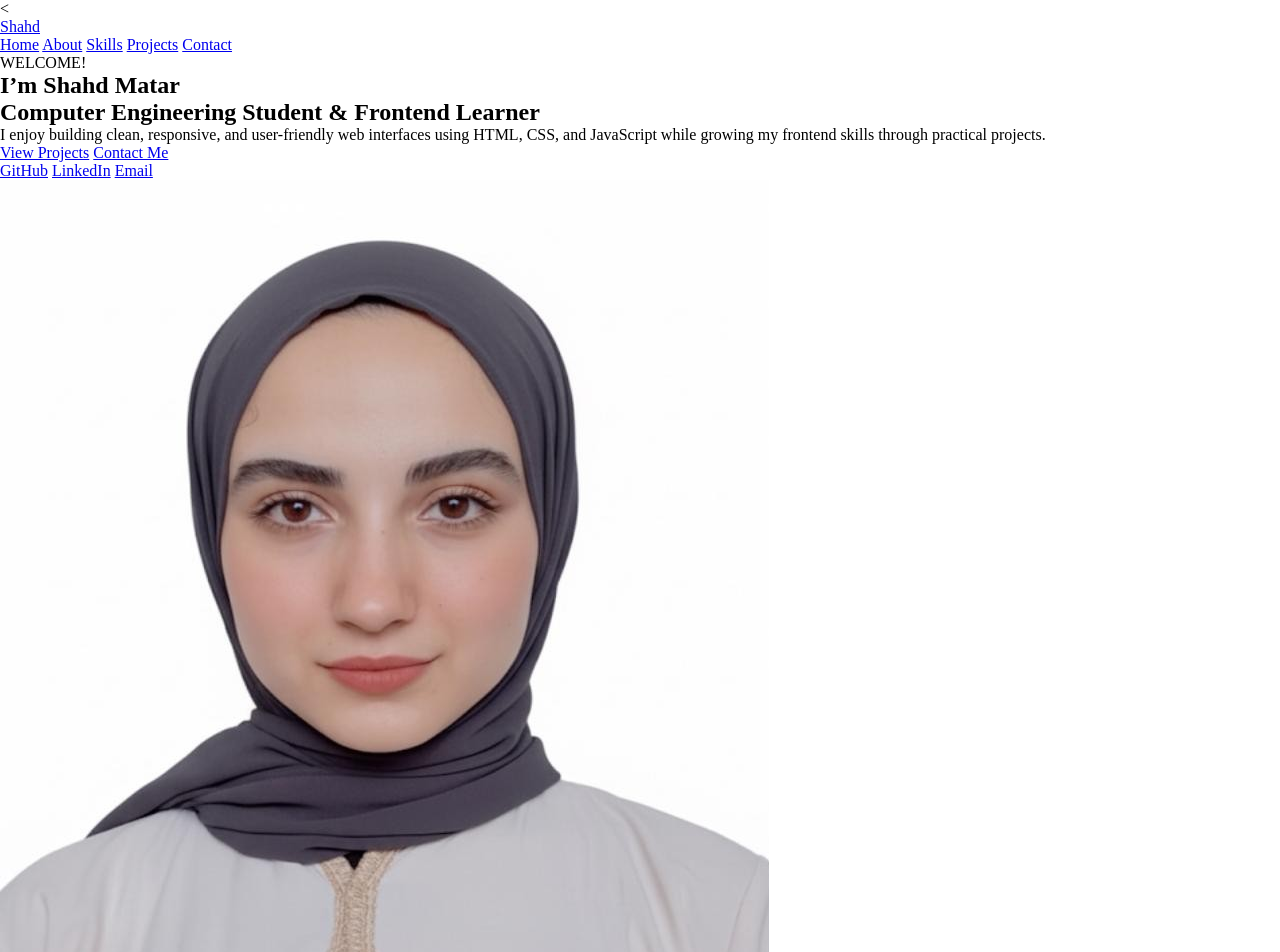
Repository: shahdmattar/personal-landing-page
Page: index.html
The author's editor kept a copy of each file at every save. The page is drawn from the files as they stood at one save, then again after a run of saves.
The browser window is 1280 px wide. The pictures show the part of the page from y = 0 to 952 px (the page is 2669 px tall before and 3320 px after).
A picture or video elsewhere on the page could not be fetched, so the positions and the page height are approximate.

Above is the page before, as saved 2026-04-14 22:21:42.

### index.html
<!doctype html>
<html lang="en">
  <head>
    <meta charset="UTF-8" />
    <meta name="viewport" content="width=device-width, initial-scale=1.0" />
    <title>Shahd Matar | Personal Landing Page</title>
    <meta
      name="description"
      content="Personal landing page of Shahd Matar, Computer Engineering student and frontend learner."
    />
    <
    <link rel="stylesheet" href="style.css"/>
    <!-- <link rel="stylesheet" href="test.css"> -->
  </head>

  <body>
    <header class="site-header">
      <div class="container nav-container">
        <a href="#" class="logo">Shahd</a>

        <nav aria-label="Primary navigation" class="navbar">
          <a href="#hero">Home</a>
          <a href="#about">About</a>
          <a href="#skills">Skills</a>
          <a href="#projects">Projects</a>
          <a href="#contact">Contact</a>
        </nav>
      </div>
    </header>

    <main>
      <section id="hero" class="hero">
        <div class="container hero-container">
          <div class="hero-text">
            <p class="welcome-text">WELCOME!</p>
            <h1>I’m Shahd Matar</h1>
            <h2>Computer Engineering Student & Frontend Learner</h2>
            <p class="hero-description">
              I enjoy building clean, responsive, and user-friendly web
              interfaces using HTML, CSS, and JavaScript while growing my
              frontend skills through practical projects.
            </p>

            <div class="hero-buttons">
              <a href="#projects" class="btn btn-primary">View Projects</a>
              <a href="#contact" class="btn btn-outline">Contact Me</a>
            </div>

            <div class="social-links">
              <a
                href="https://github.com/shahdmattar"
                target="_blank"
                rel="noopener noreferrer"
                >GitHub</a
              >
              <a
                href="https://www.linkedin.com/in/shahd-matar-957608368"
                target="_blank"
                rel="noopener noreferrer"
                >LinkedIn</a
              >
              <a href="mailto:shahdmatarr@gmail.com">Email</a>
            </div>
          </div>

          <div class="hero-image">
            <img src="profile.jpeg" alt="Portrait of Shahd Matar" />
          </div>
        </div>
      </section>

      <section id="about" class="about section-padding">
        <div class="container">
          <h2 class="section-title">About <span>Me</span></h2>

          <div class="about-content">
            <div class="about-info">
              <p>
                I am a fourth-year Computer Engineering student at the Islamic
                University of Gaza. My current focus is frontend development,
                where I practice building organized, responsive, and visually
                clean websites.
              </p>
              <p>
                My goal is to strengthen my practical experience through
                projects, improve my UI skills, and gradually expand into
                backend development in the future.
              </p>
            </div>

            <div class="about-details">
              <div class="detail-item">
                <span>Name:</span>
                <p>Shahd Matar</p>
              </div>

              <div class="detail-item">
                <span>Study:</span>
                <p>Computer Engineering</p>
              </div>

              <div class="detail-item">
                <span>Focus:</span>
                <p>Frontend Development</p>
              </div>

              <div class="detail-item">
                <span>Email:</span>
                <p>shahdmatarr@gmail.com</p>
              </div>
            </div>
          </div>
        </div>
      </section>

      <section id="skills" class="skills section-padding">
        <div class="container">
          <h2 class="section-title">My <span>Skills</span></h2>

          <div class="skills-grid">
            <article class="skill-card">
              <h3>Frontend</h3>
              <ul>
                <li>HTML semantic structure and forms</li>
                <li>CSS box model, Flexbox, Grid</li>
                <li>Responsive web design basics</li>
                <li>JavaScript fundamentals and DOM basics</li>
              </ul>
            </article>

            <article class="skill-card">
              <h3>Programming</h3>
              <ul>
                <li>Java OOP fundamentals</li>
                <li>Data Structures &amp; Algorithms</li>
                <li>Python introductory programming</li>
                <li>Problem-solving practice</li>
              </ul>
            </article>

            <article class="skill-card">
              <h3>Tools</h3>
              <ul>
                <li>Git &amp; GitHub</li>
                <li>VS Code</li>
                <li>Chrome DevTools</li>
                <li>Basic project organization</li>
              </ul>
            </article>
          </div>
        </div>
      </section>

      <section id="projects" class="projects section-padding">
        <div class="container">
          <h2 class="section-title">My <span>Projects</span></h2>

          <div class="projects-grid">
            <article class="project-card">
              <img
                src="personalpage.png"
                alt="Preview of personal landing page project"
                class="project-image"
              />
              <div class="project-content">
                <h3>Personal Landing Page</h3>
                <p>
                  A modern personal portfolio page built with semantic HTML and
                  CSS, including hero, about, skills, projects, and contact
                  sections.
                </p>
                <div class="project-links">
                  <a
                    href="https://github.com/shahdmattar/personal-landing-page"
                    target="_blank"
                    rel="noopener noreferrer"
                    class="btn btn-small btn-primary"
                    >GitHub Repo</a
                  >
                  <a
                    href="https://shahdmattar.github.io/personal-landing-page/"
                    target="_blank"
                    rel="noopener noreferrer"
                    class="btn btn-small btn-outline"
                    >Live Demo</a
                  >
                </div>
              </div>
            </article>

            <article class="project-card">
              <img
                src="project2.jpg"
                alt="Preview of ecommerce UI project"
                class="project-image"
              />
              <div class="project-content">
                <h3>Responsive E-commerce UI</h3>
                <p>
                  A frontend e-commerce interface concept with product cards,
                  modern layout, clean styling, and responsive behavior for
                  mobile and desktop screens.
                </p>
                <div class="project-links">
                  <a href="#" class="btn btn-small btn-primary">GitHub Repo</a>
                  <a href="#" class="btn btn-small btn-outline">Live Demo</a>
                </div>
              </div>
            </article>
          </div>
        </div>
      </section>

      <section id="contact" class="contact section-padding">
        <div class="container">
          <h2 class="section-title">Contact <span>Me</span></h2>

          <form action="#" method="post" class="contact-form">
            <div class="input-row">
              <input
                type="text"
                name="name"
                placeholder="Your Name"
                required
                minlength="2"
                autocomplete="name"
              />
              <input
                type="email"
                name="email"
                placeholder="Your Email"
                required
                autocomplete="email"
              />
            </div>

            <textarea
              name="message"
              rows="7"
              placeholder="Write your message..."
              required
              minlength="10"
            ></textarea>

            <button type="submit" class="btn btn-primary">Send Message</button>
          </form>

          <p class="contact-note">
            You can also contact me directly at
            <a href="mailto:shahdmatarr@gmail.com">shahdmatarr@gmail.com</a>
          </p>
        </div>
      </section>
    </main>

    <footer class="site-footer">
      <div class="container">
        <p>&copy; 2026 Shahd Matar.</p>
      </div>
    </footer>
  </body>
</html>

### style.css
@import url('https://fonts.googleapis.com/css2?family=Dancing+Script:wght@400..700&family=Poppins:ital,wght@0,100;0,200;0,300;0,400;0,500;0,600;0,700;0,800;0,900;1,100;1,200;1,300;1,400;1,500;1,600;1,700;1,800;1,900&display=swap');
* {
  margin: 0;
  padding: 0;
  box-sizing: border-box;
  scroll-behavior:smooth;
}

After the next 3 saves:
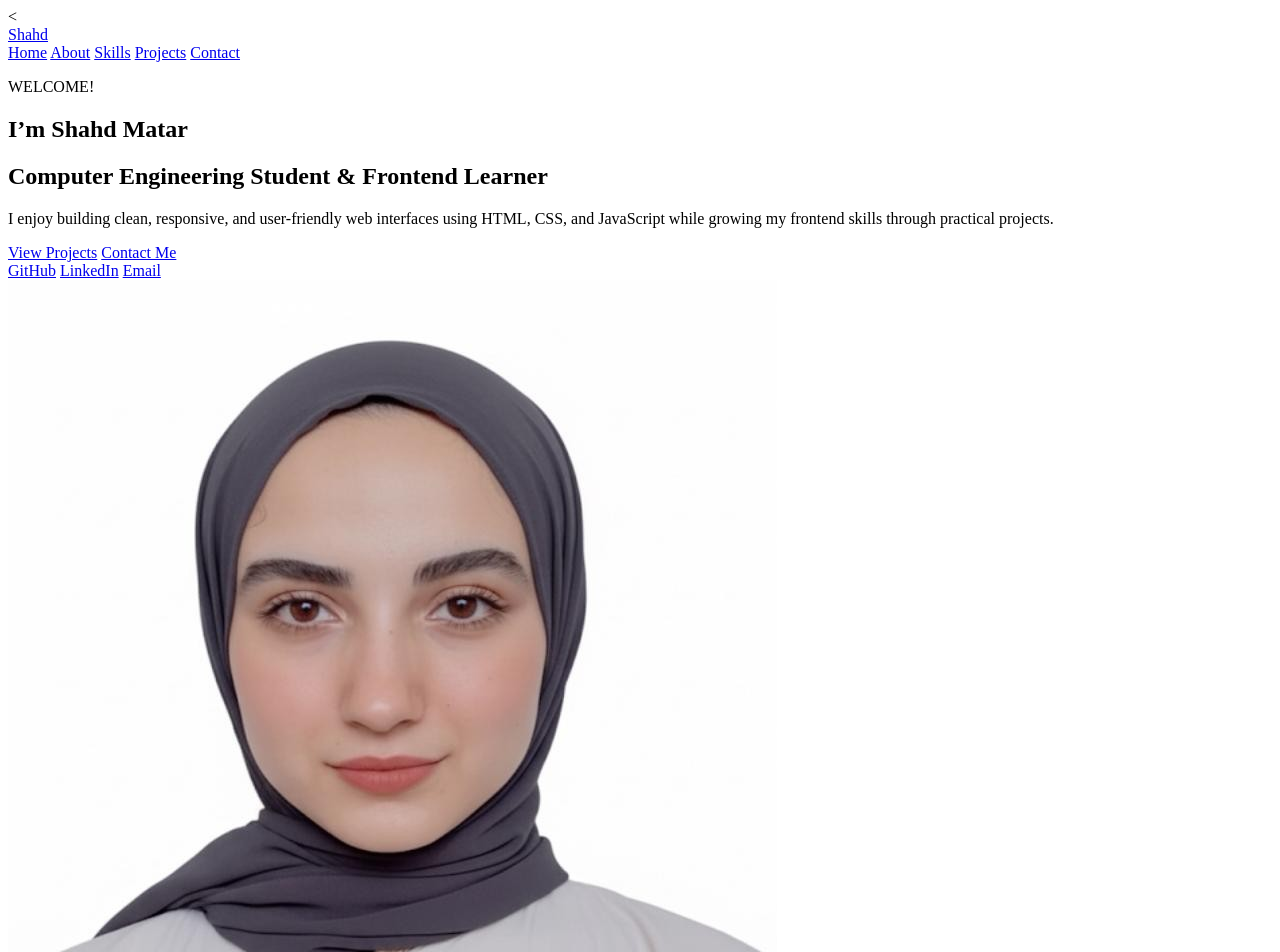
The 3 saves are shown as one change because they came seconds apart.
The last was saved 15 s later.
--- a/style.css
+++ b/style.css
@@ -1,5 +1,7 @@
 @import url('https://fonts.googleapis.com/css2?family=Dancing+Script:wght@400..700&family=Poppins:ital,wght@0,100;0,200;0,300;0,400;0,500;0,600;0,700;0,800;0,900;1,100;1,200;1,300;1,400;1,500;1,600;1,700;1,800;1,900&display=swap');
+
 * {
+  font-
   margin: 0;
   padding: 0;
   box-sizing: border-box;
